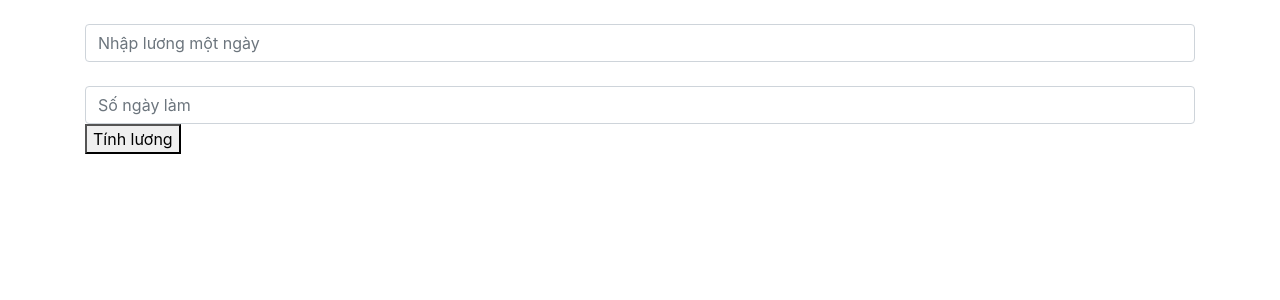
Repository: thanhfrankie/BC10-LeMinhThanh-Js-b2-3
Page: index.html
The author's editor kept a copy of each file at every save. The page is drawn from the files as they stood at one save, then again after the next save.
The browser window is 1280 px wide. The pictures show the whole page.

Above is the page before, as saved 2023-12-15 14:51:43.

### index.html
<!doctype html>
<html lang="en">
  <head>
    <title>Title</title>
    <!-- Required meta tags -->
    <meta charset="utf-8">
    <meta name="viewport" content="width=device-width, initial-scale=1, shrink-to-fit=no">

    <!-- Bootstrap CSS -->
    <link rel="stylesheet" href="https://stackpath.bootstrapcdn.com/bootstrap/4.3.1/css/bootstrap.min.css" integrity="sha384-ggOyR0iXCbMQv3Xipma34MD+dH/1fQ784/j6cY/iJTQUOhcWr7x9JvoRxT2MZw1T" crossorigin="anonymous">
  </head>
  <body>
    <!-- Bài tập 1 -->
    <div class="container">


      <div class="form-group">
        <label for="luong-mot-ngay"></label>
        <input type="number"
          class="form-control" name="" id="luong-mot-ngay" aria-describedby="helpId" placeholder="Nhập lương một ngày">
        <label for="so-ngay-lam"></label>
        <input type="number"
          class="form-control" name="" id="so-ngay-lam" aria-describedby="helpId" placeholder="Số ngày làm">
          <button type="button" onclick="tinhLuong()">Tính lương</button>
      </div>
      <h2 id="luong-nhan-duoc" >  </h2>

    </div>







    <!-- Optional JavaScript -->
    <!-- jQuery first, then Popper.js, then Bootstrap JS -->
    <script src="https://code.jquery.com/jquery-3.3.1.slim.min.js" integrity="sha384-q8i/X+965DzO0rT7abK41JStQIAqVgRVzpbzo5smXKp4YfRvH+8abtTE1Pi6jizo" crossorigin="anonymous"></script>
    <script src="https://cdnjs.cloudflare.com/ajax/libs/popper.js/1.14.7/umd/popper.min.js" integrity="sha384-UO2eT0CpHqdSJQ6hJty5KVphtPhzWj9WO1clHTMGa3JDZwrnQq4sF86dIHNDz0W1" crossorigin="anonymous"></script>
    <script src="https://stackpath.bootstrapcdn.com/bootstrap/4.3.1/js/bootstrap.min.js" integrity="sha384-JjSmVgyd0p3pXB1rRibZUAYoIIy6OrQ6VrjIEaFf/nJGzIxFDsf4x0xIM+B07jRM" crossorigin="anonymous"></script>
    <script src="./index.js"></script>

  </body>
</html>

### index.js
// Bài tập 1
/**
 * B1: tạo biến, lấy giá trị từ input
 * B2: Tính lương
 * + tạo function để tính ra lương: lương 1 ngày * số ngày làm
 * + gán sự kiện click cho button
 * B3: hiển thị kết quả
 */
// B1:
const luongMotNgay = document.getElementById("luong-mot-ngay").value
console.log("🥶 - luongMotNgay:", luongMotNgay)
const soNgayLam = document.getElementById("so-ngay-lam").value
console.log("🥶 - soNgayLam:", soNgayLam)

// B2:
function tinhLuong() {
    const luongNhanDuoc = document.getElementById("luong-nhan-duoc")
    luongNhanDuoc.innerText = luongMotNgay * soNgayLam
}

After the next save:
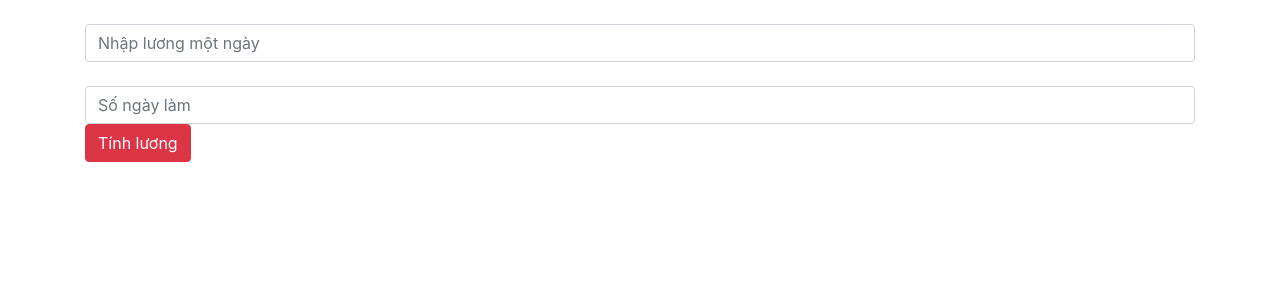
Saved 13 s later.
--- a/index.html
+++ b/index.html
@@ -21,7 +21,7 @@
         <label for="so-ngay-lam"></label>
         <input type="number"
           class="form-control" name="" id="so-ngay-lam" aria-describedby="helpId" placeholder="Số ngày làm">
-          <button type="button" onclick="tinhLuong()">Tính lương</button>
+          <button type="button" onclick="tinhLuong()" class="btn btn-danger">Tính lương</button>
       </div>
       <h2 id="luong-nhan-duoc" >  </h2>
 
